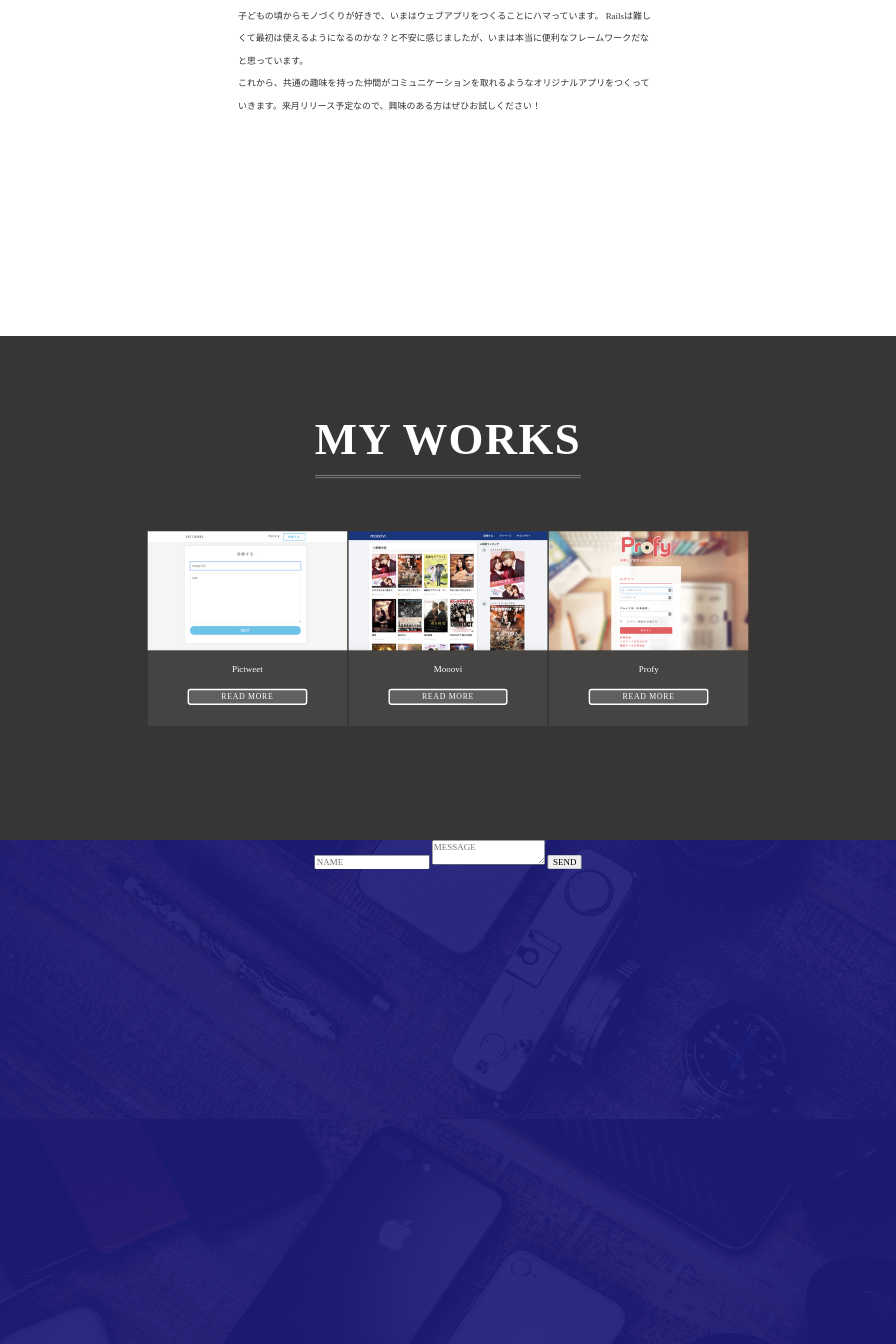
Repository: Kame0012/git_nekotter
Page: HTML-lesson/index.html
The author's editor kept a record of every edit. The page is drawn from the files as they stood at one moment, then again after the next edit.
The browser window is 1280 px wide. The pictures show the part of the page from y = 960 to 2880 px (the page is 2880 px tall), at 70% of full size.
Backgrounds fixed to the window are drawn as part of the page.

Above is the page before.

After the next edit:
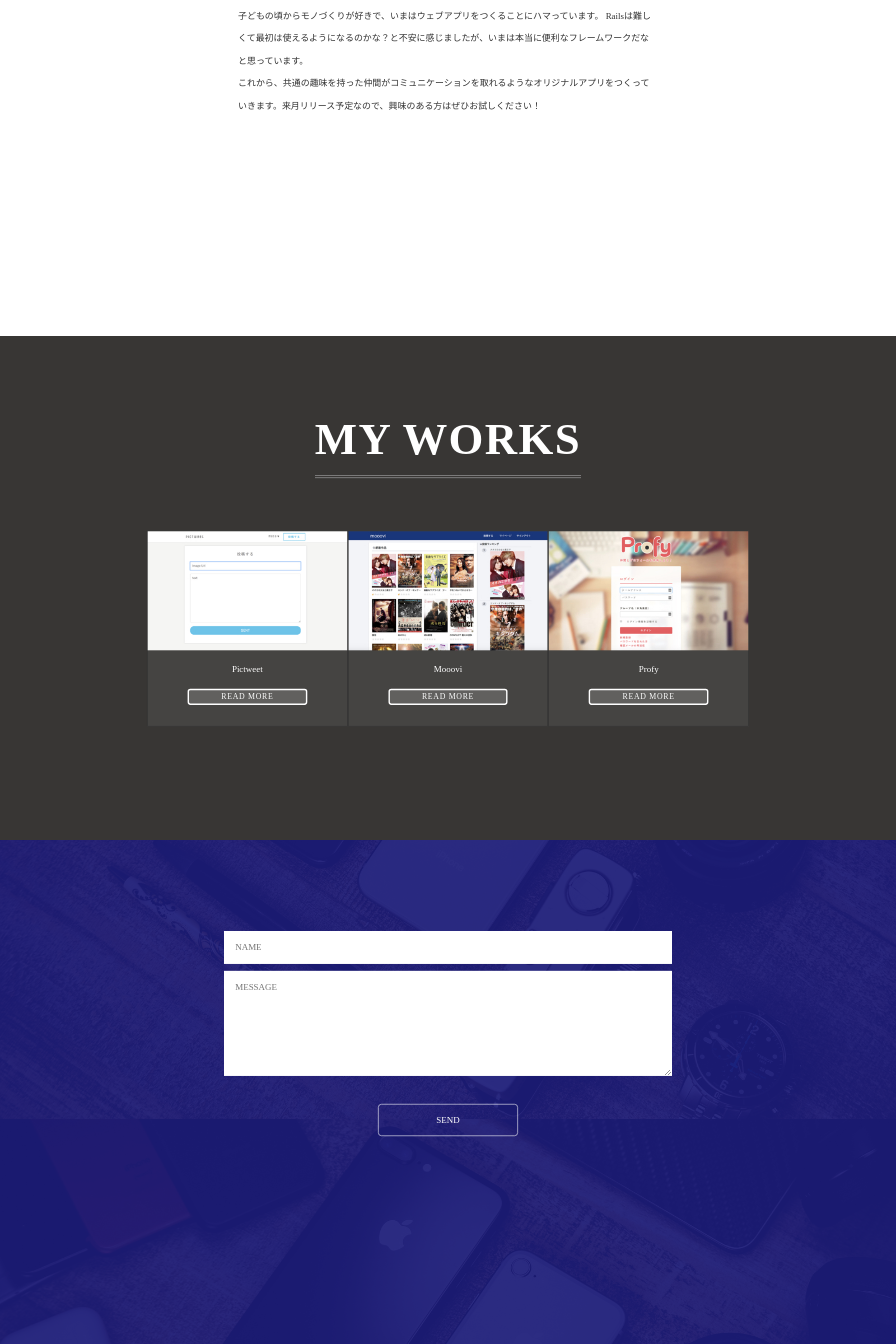
The edit:
--- a/HTML-lesson/style.css
+++ b/HTML-lesson/style.css
@@ -117,5 +117,42 @@
 
 .contact {
   height: 100vh;
+  padding: 80px 0 150px;
   background-color: rgba(25, 25, 120, 0.9);
 }
+
+.contact-form {
+  width: 50%;
+  margin: 50px auto 0;
+}
+
+.contact-form input[type=text], .contact-form textarea {
+  display: block;
+  width: 100%;
+  margin-bottom: 10px;
+  padding: 15px;
+  outline: none;
+  border: 1px solid rgba(255, 255, 255, 0.8);
+  border-radius: 0;
+  color: #333;
+}
+
+.contact-form textarea {
+  height: 150px;
+}
+
+.contact-form input[type=submit] {
+  display: block;
+  width: 200px;
+  margin: 40px auto 0;
+  padding: 15px;
+  border: 1px solid rgba(255, 255, 255, 0.8);
+  border-radius: 5px;
+  background-color: transparent;
+  color: #fff;
+  cursor: pointer;
+}
+
+.contact-form input[type=submit]:hover {
+  background-color: rgba(255, 255, 255, 0.05);
+}
